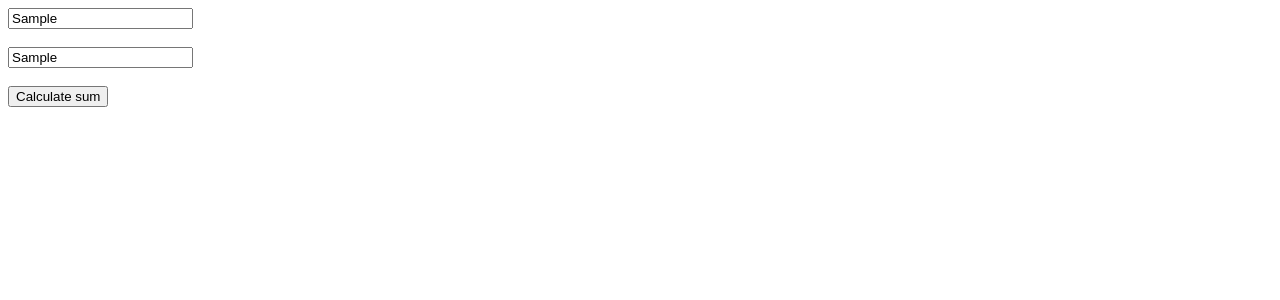
Repository: VISHALGUPTA100803/Harkirat_MERN
Page: Week 4/DOM_introduction/index.html
An editor plug-in stored every save of this project. The page is shown before and after a run of saves, followed by the edit.
The browser window is 1280 px wide. The pictures show the whole page.
Empty fields were first filled with sample values (such as "Sample", 5 or name@example.com).
After loading, the first visible `button` was clicked once.

Above is the page before, as saved 2024-03-22 17:02:31.
Console error: ReferenceError: b is not defined

### Week 4/DOM_introduction/index.html
<html>
  <script>
    function populateDiv() {
      ///document
      const a = document.getElementById("firstNumber").value;
      const element = document.getElementById("final sum")
      element.innerHTML = a + b;
    }
  </script>
  <body>
    <div>
      <input id="firstNumber" type="text" placeholder="First number" /> </input> <br />
      <br />
      <input id="secondNumber" type="text" placeholder="second number" /> </input> <br />
      <br />
      <button onclick="populateDiv()">Calculate sum</button>
    </div>
    <div id="final sum"></div>
  </body>
</html>

After the next 2 saves:
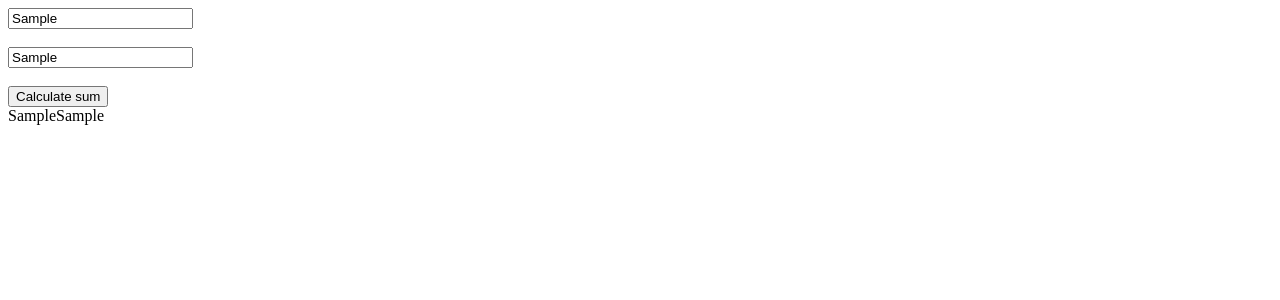
The error is gone.
The 2 saves are shown as one change because they came seconds apart.
The last was saved 8 s later.
--- a/Week 4/DOM_introduction/index.html
+++ b/Week 4/DOM_introduction/index.html
@@ -3,6 +3,7 @@
     function populateDiv() {
       ///document
       const a = document.getElementById("firstNumber").value;
+      const b = document.getElementById("secondNumber").value;
       const element = document.getElementById("final sum")
       element.innerHTML = a + b;
     }
